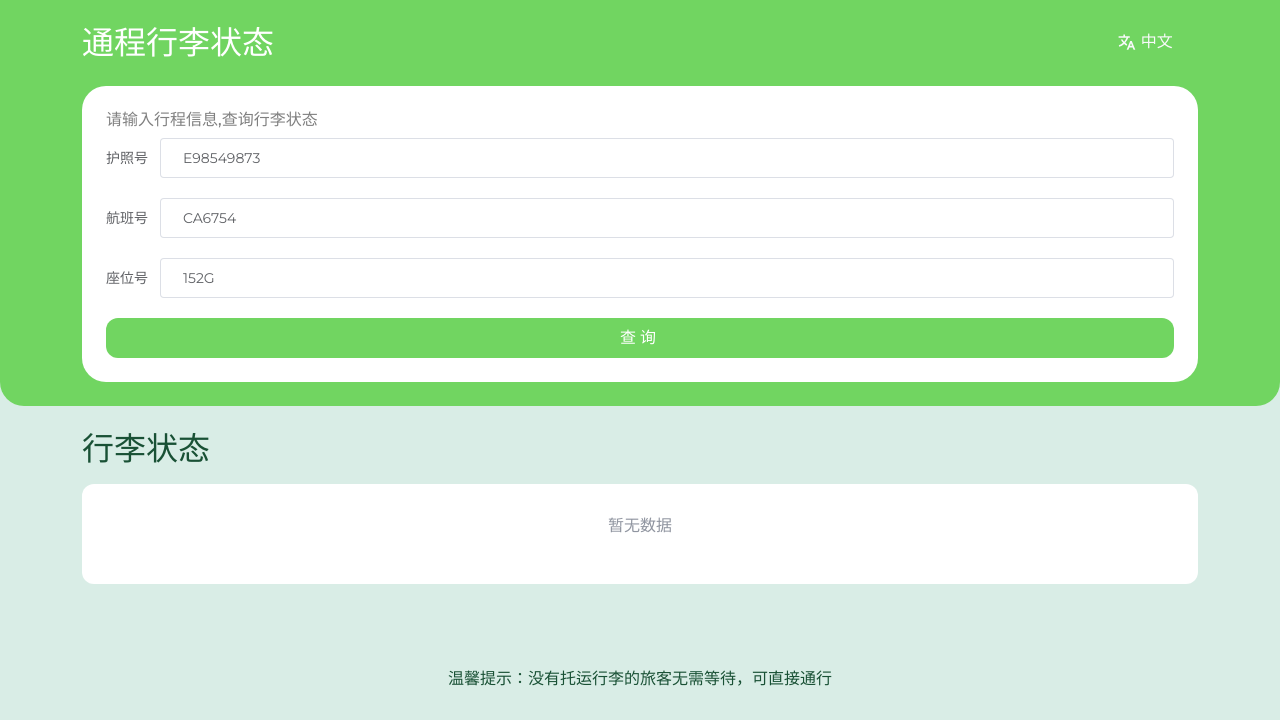
Repository: jhonMacTavish/through-baggage-web
Page: /
These files come from the project's save history. The page is drawn as it stood at one moment and after the next save; the edit follows.
The browser window is 1280 px wide. The pictures show the whole page.
The project was rebuilt for these pictures with package versions that can differ from the ones it lists, and the page was loaded fresh each time. Also part of the build but not shown: vite.config.js, src/components/Main copy.vue, src/components/NavBar.vue, src/components/Scanner.vue. Imported but missing from the stored project, and not drawn on this page: src/assets/icons/GlobeIcon.vue, src/assets/icons/LogoIcon.vue, src/assets/icons/ProfileIcon.vue, src/assets/icons/QuestionIcon.vue.

Above is the page before, as saved 2025-02-24 12:11:55.

After the next save:
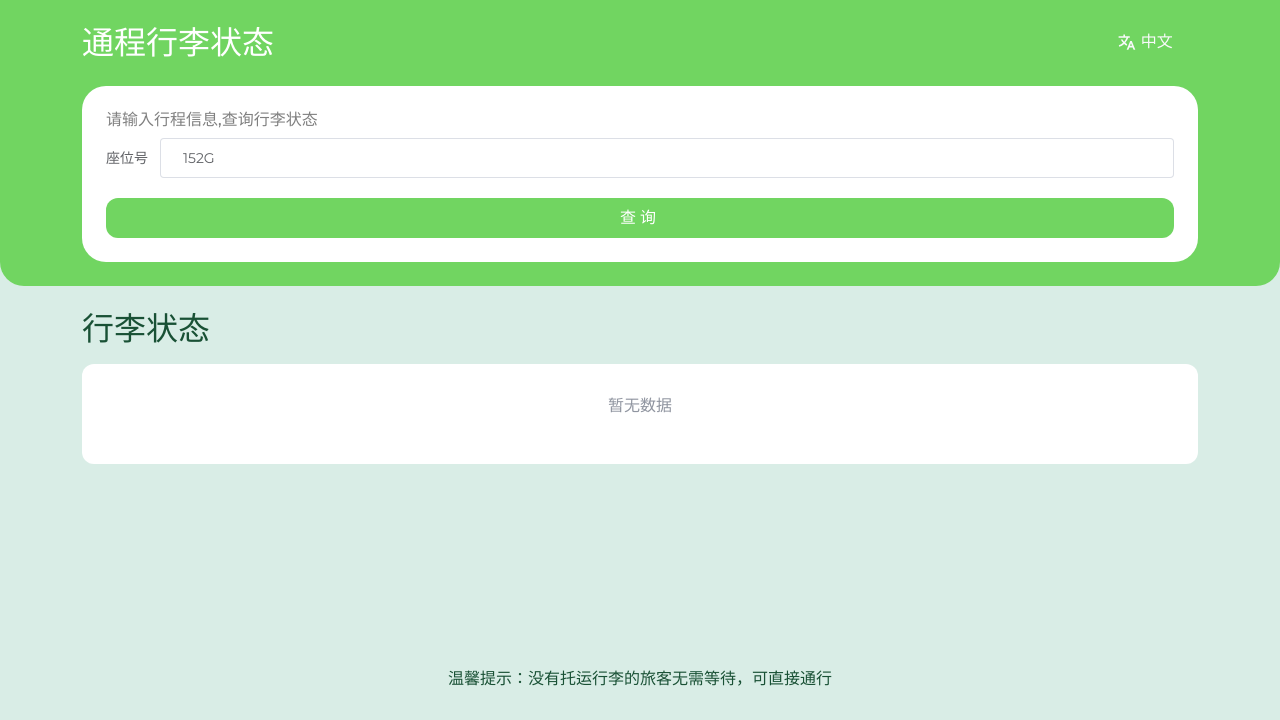
Saved 4 h 21 min later.
--- a/src/components/Main.vue
+++ b/src/components/Main.vue
@@ -2,7 +2,7 @@
  * @Author: error: error: git config user.name & please set dead value or install git && error: git config user.email & please set dead value or install git & please set dead value or install git
  * @Date: 2025-02-23 20:06:20
  * @LastEditors: error: error: git config user.name & please set dead value or install git && error: git config user.email & please set dead value or install git & please set dead value or install git
- * @LastEditTime: 2025-02-24 12:10:57
+ * @LastEditTime: 2025-02-24 16:33:18
  * @FilePath: \through_baggage_webt:\Projects\VS Code\vue-bootstrap-master\src\components\Main.vue
  * @Description: 这是默认设置,请设置`customMade`, 打开koroFileHeader查看配置 进行设置: https://github.com/OBKoro1/koro1FileHeader/wiki/%E9%85%8D%E7%BD%AE
 -->
@@ -65,7 +65,7 @@
           :rules="rules"
           label-width="auto"
         >
-          <el-form-item
+          <!-- <el-form-item
             class="item-marginBt"
             size="large"
             :label="$t('messages.userText.formInfo.passportNo')"
@@ -97,6 +97,22 @@
               </template>
             </el-input>
           </el-form-item>
+          <el-form-item
+            class="item-marginBt"
+            size="large"
+            :label="$t('messages.userText.formInfo.seatNo')"
+            prop="setNo"
+          >
+            <el-input
+              v-model="ruleForm.setNo"
+              maxlength="4"
+              :formatter="(value) => value.toUpperCase()"
+            >
+              <template #prefix>
+                <i-ep-PriceTag />
+              </template>
+            </el-input>
+          </el-form-item> -->
           <el-form-item
             class="item-marginBt"
             size="large"
